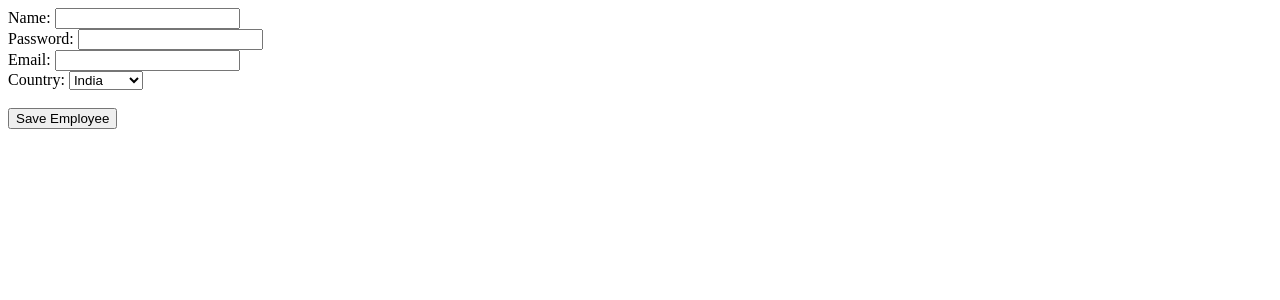
Repository: nikhil-jon12/lecture
Page: ServletCRUD/WebContent/index.html
An editor plug-in stored every save of this project. The page is shown before and after the next save, followed by the edit.
The browser window is 1280 px wide. The pictures show the whole page.

Above is the page before, as saved 2019-11-19 10:07:43.

After the next save:
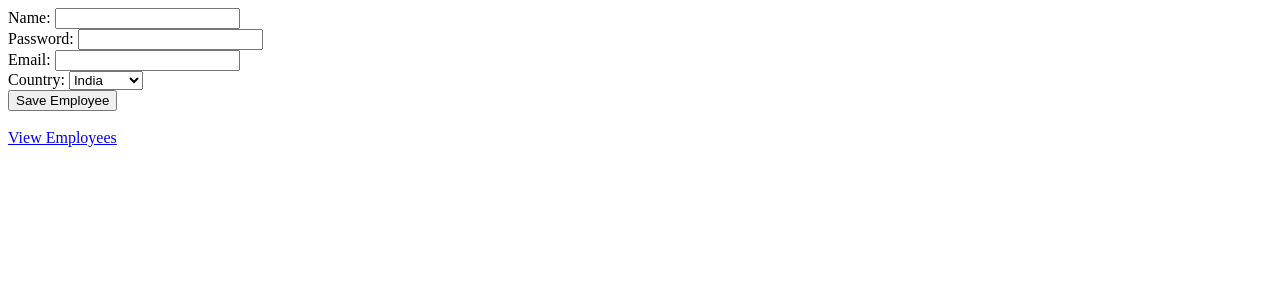
Saved 6 min 36 s later.
--- a/ServletCRUD/WebContent/index.html
+++ b/ServletCRUD/WebContent/index.html
@@ -19,8 +19,10 @@
 			<option>UK</option>
 			<option>Australia</option>
 		</select>
+		<br>
+		<input type="submit" value="Save Employee">
 	</form>
 	<br>
-	<input type="submit" value="Save Employee">
+	<a href="ViewServlet">View Employees</a>
 </body>
 </html>
